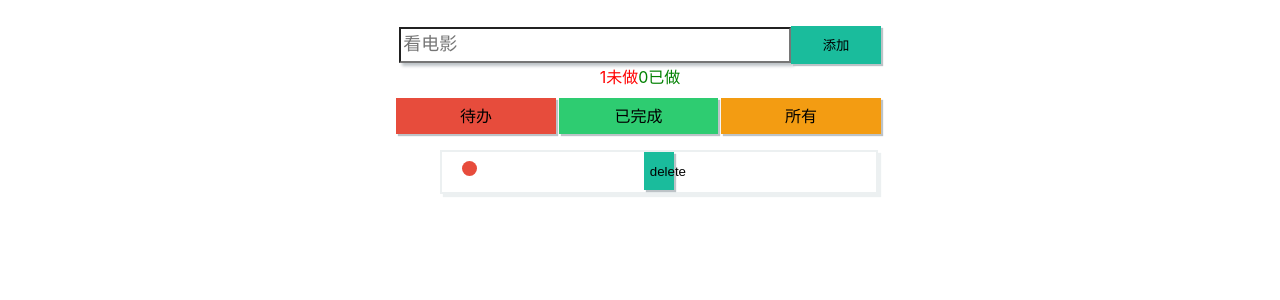
Repository: yurensmile/todolist
Page: /, after clicking the first element matching `button`
An editor plug-in stored every save of this project. The page is shown before and after the next save, followed by the edit.
The browser window is 1280 px wide. The pictures show the whole page.
The project was rebuilt for these pictures with package versions that can differ from the ones it lists, and the page was loaded fresh each time. Also part of the build but not shown: src/All.js, src/HaveDone.js.

Above is the page before, as saved 2019-03-22 09:29:01.

After the next save:
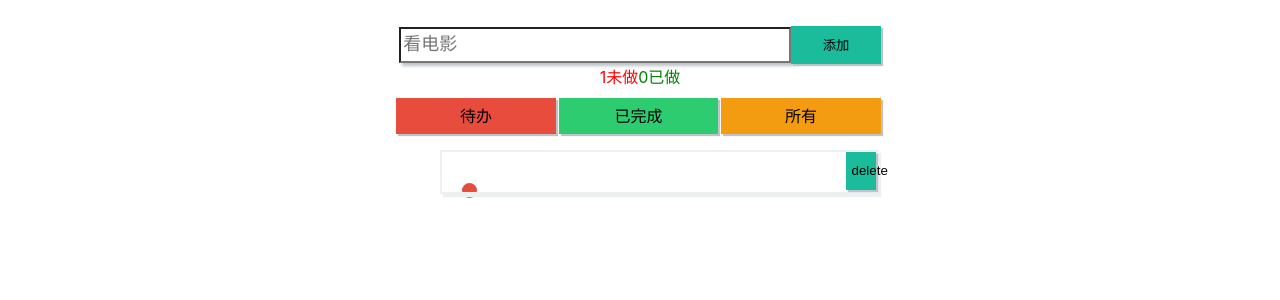
Saved 2 min 45 s later.
--- a/src/App.css
+++ b/src/App.css
@@ -76,7 +76,7 @@ button{
   box-shadow: 2px 2px 1px rgba(189, 195, 199,1.0);
 }
 .delete{
-  text-align: right;
+  float: right;
 }
 #content{
   margin-left: auto;
